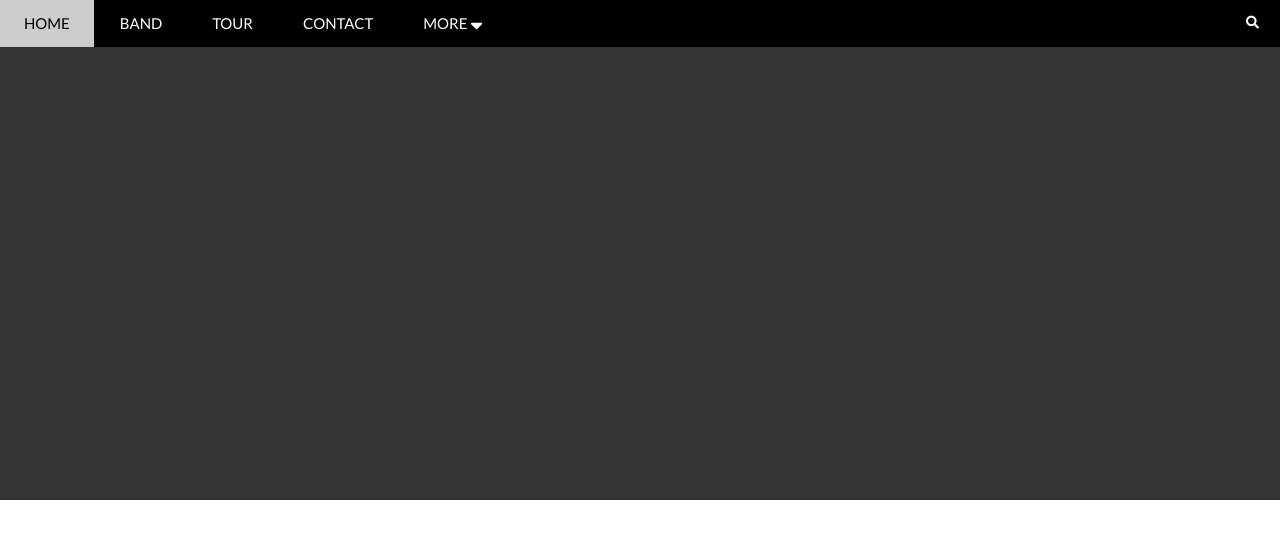
Repository: nguyenthaicong265/w3-band
Page: index.html
An editor plug-in stored every save of this project. The page is shown before and after the next save, followed by the edit.
The browser window is 1280 px wide. The pictures show the whole page.

Above is the page before, as saved 2021-12-28 15:46:24.

After the next save:
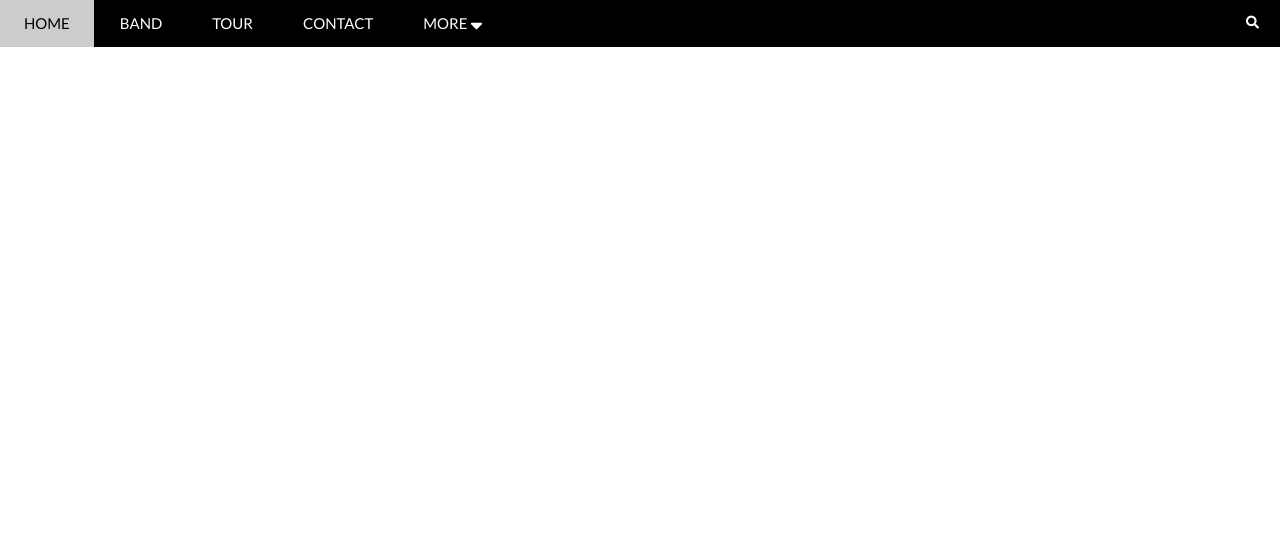
Saved 37 s later.
--- a/assets/css/styles.css
+++ b/assets/css/styles.css
@@ -97,8 +97,7 @@ html {
 }
 
 #slider {
-    min-height: 500px;
-    background-color: #333;
+
 }
 
 #content {
